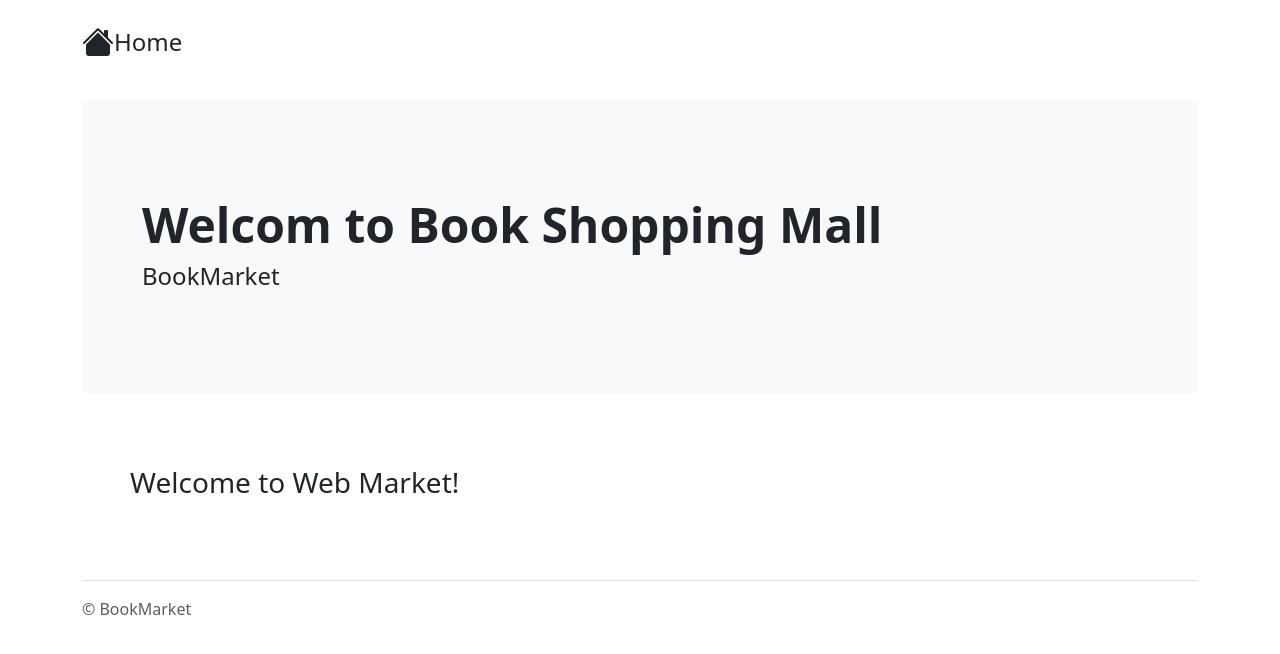
Repository: H-hyeonje/jsp
Page: http://localhost/bookmarket/
An editor plug-in stored every save of this project. The page is shown before and after the next save, followed by the edit.
The browser window is 1280 px wide. The pictures show the whole page.
The page is served by Tomcat 10. Other server files are loaded and not shown.

Above is the page before, as saved 2024-10-10 07:59:38.

### bookmarket/src/main/webapp/welcome.jsp
<%@ page language="java" contentType="text/html; charset=UTF-8"
    pageEncoding="UTF-8"%>
<!DOCTYPE html>
<html>
<head>
<link href="https://cdn.jsdelivr.net/npm/bootstrap@5.3.0-alpha1/dist/css/bootstrap.min.css" rel="stylesheet">
<meta charset="UTF-8">
<title>Welcome</title>
</head>
<body>
<div class="container py-4">
	<header class="pb-3 mb-4 border=bottom">
		<a href="./welcome.jsp" class="d-flex align-items-center text-dark text-decoration-none">
		<svg  width="32" height="32" fill="currentColor" class="bi bi-house-fill" viewBox="0 0 16 16">
              <path d="M8.707 1.5a1 1 0 0 0-1.414 0L.646 8.146a.5.5 0 0 0 .708.708L8 2.207l6.646 6.647a.5.5 0 0 0 .708-.708L13 5.793V2.5a.5.5 0 0 0-.5-.5h-1a.5.5 0 0 0-.5.5v1.293L8.707 1.5Z"/>
              <path d="m8 3.293 6 6V13.5a1.5 1.5 0 0 1-1.5 1.5h-9A1.5 1.5 0 0 1 2 13.5V9.293l6-6Z"/>
        </svg>
			<span class="fs-4">Home</span>
		</a>
	</header>

	<%!
	String greeting="Welcom to Book Shopping Mall";
	String tagline="Welcome to Web Market!";
	%>
	<div class="p-5 mb-4 bg-body-tertiary rounded-3">
		<div class="container-fluid py-5">
			<h1 class="display-5 fw-bold"><%=greeting %></h1>
			<h3 class="col-md-8 fs-4">BookMarket</h3>
		</div>
	</div>
	<div class="row align-items-md-stretch   txt-center">
		<div class="col-md-12">
			<div class="h-100 p-5">
				<h3><%=tagline %></h3>
			</div>
		</div>
	</div>

	<footer class ="pt-3 mt-4 text-body-secondary border-top">
	&copy; BookMarket

	</footer>


</div>
</body>
</html>

After the next save:
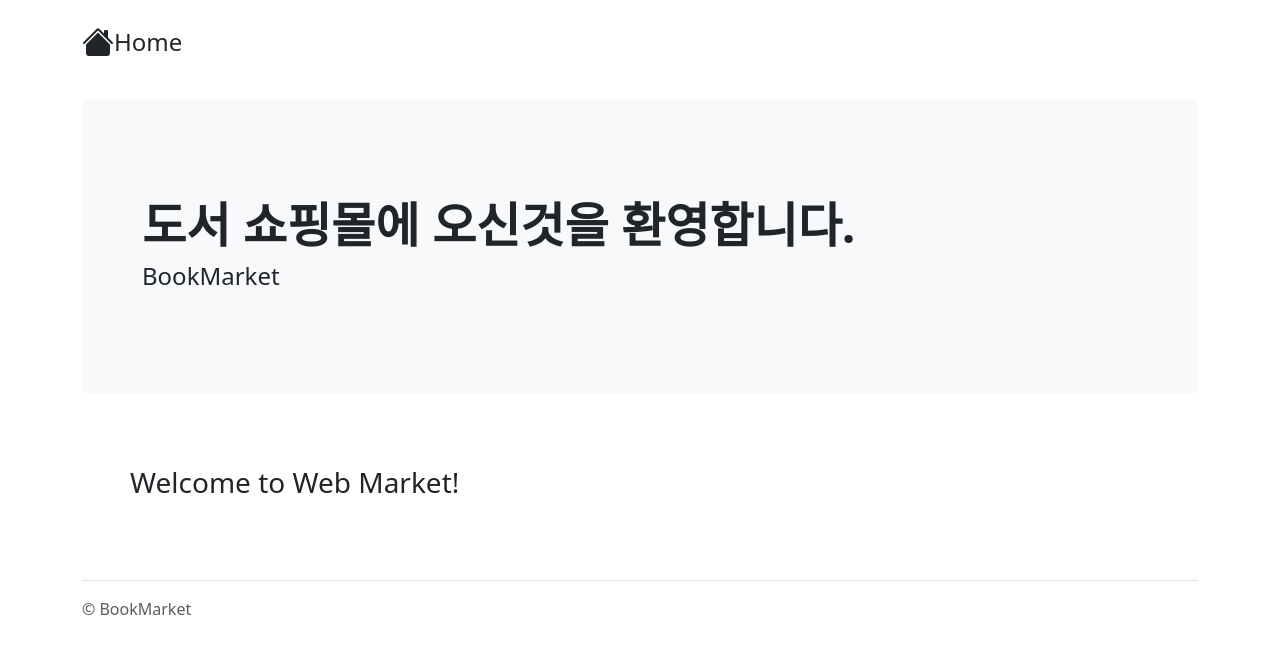
Saved 5 min 52 s later.
--- a/bookmarket/src/main/webapp/welcome.jsp
+++ b/bookmarket/src/main/webapp/welcome.jsp
@@ -1,5 +1,6 @@
 <%@ page language="java" contentType="text/html; charset=UTF-8"
     pageEncoding="UTF-8"%>
+<%@ page import ="java.util.Date" %>
 <!DOCTYPE html>
 <html>
 <head>
@@ -20,7 +21,7 @@
 	</header>
 
 	<%!
-	String greeting="Welcom to Book Shopping Mall";
+	String greeting="도서 쇼핑몰에 오신것을 환영합니다.";
 	String tagline="Welcome to Web Market!";
 	%>
 	<div class="p-5 mb-4 bg-body-tertiary rounded-3">
